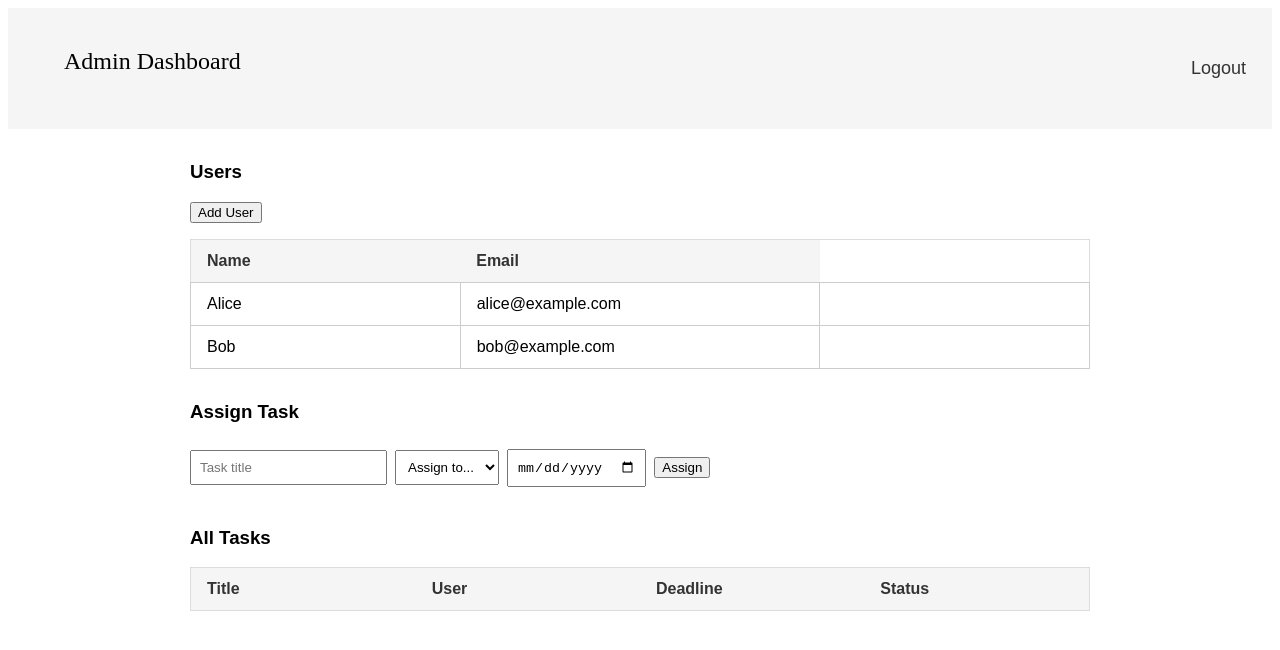
Repository: Edmund-Kiama/todoPHP
Page: /admin (app in task-manager-frontend/)
These files come from the project's save history. The page is drawn as it stood at one moment and after the next save; the edit follows.
The browser window is 1280 px wide. The pictures show the whole page.
The project was rebuilt for these pictures with package versions that can differ from the ones it lists, and the page was loaded fresh each time. Also part of the build but not shown: task-manager-frontend/vite.config.js, task-manager-frontend/src/components/Login/login.css, task-manager-frontend/src/components/Login/Login.vue, task-manager-frontend/src/components/User/UserDashboard.vue.

Above is the page before, as saved 2025-07-12 21:23:02.

After the next save:
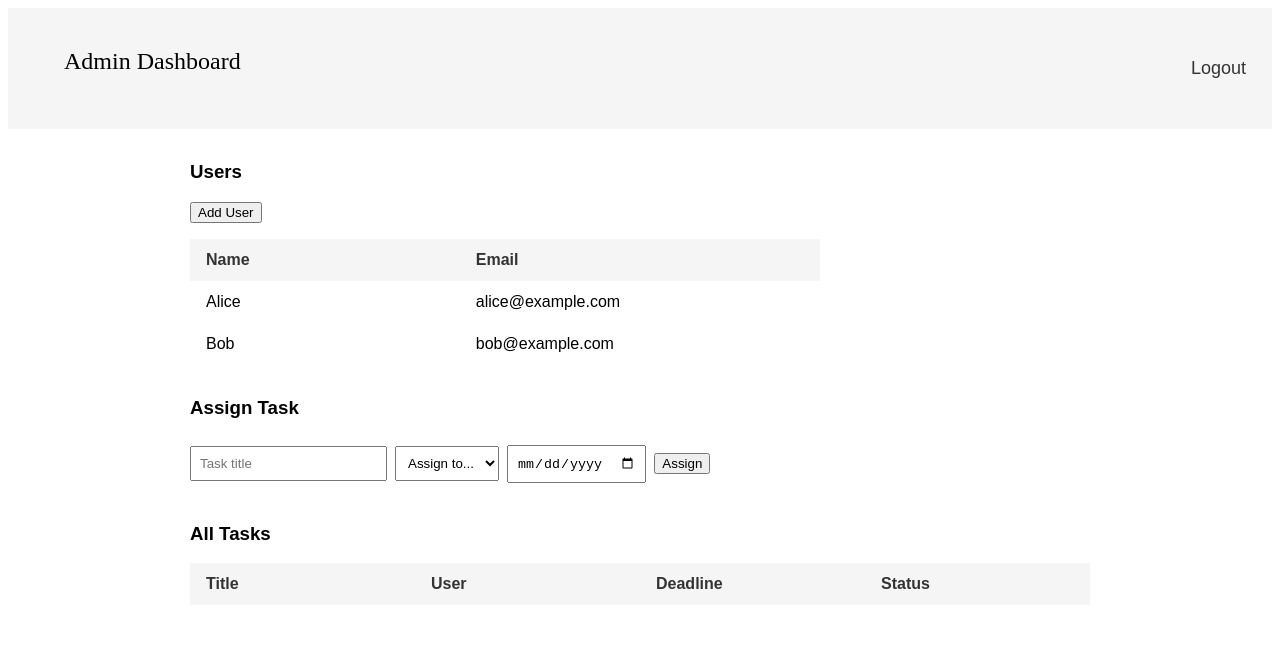
Saved 33 s later.
--- a/task-manager-frontend/src/components/Admin/admin.css
+++ b/task-manager-frontend/src/components/Admin/admin.css
@@ -21,13 +21,14 @@
   border-collapse: collapse;
   margin-top: 1rem;
   font-family: sans-serif;
-  border: 1px solid #ddd;
+  border: none; /* remove outer border */
 }
 
 .admin-dashboard th,
 .admin-dashboard td {
   padding: 0.75rem 1rem;
   text-align: left;
+  border: none; /* remove inner lines */
   vertical-align: middle;
   min-width: 100px;
 }
@@ -58,6 +59,10 @@
   display: inline-block;
 }
 
+.admin-dashboard tr:hover {
+  background-color: #f0f8ff;
+}
+
 .admin-dashboard input, .admin-dashboard select {
   padding: 0.5rem;
   margin: 0.5rem 0.5rem 0.5rem 0;
